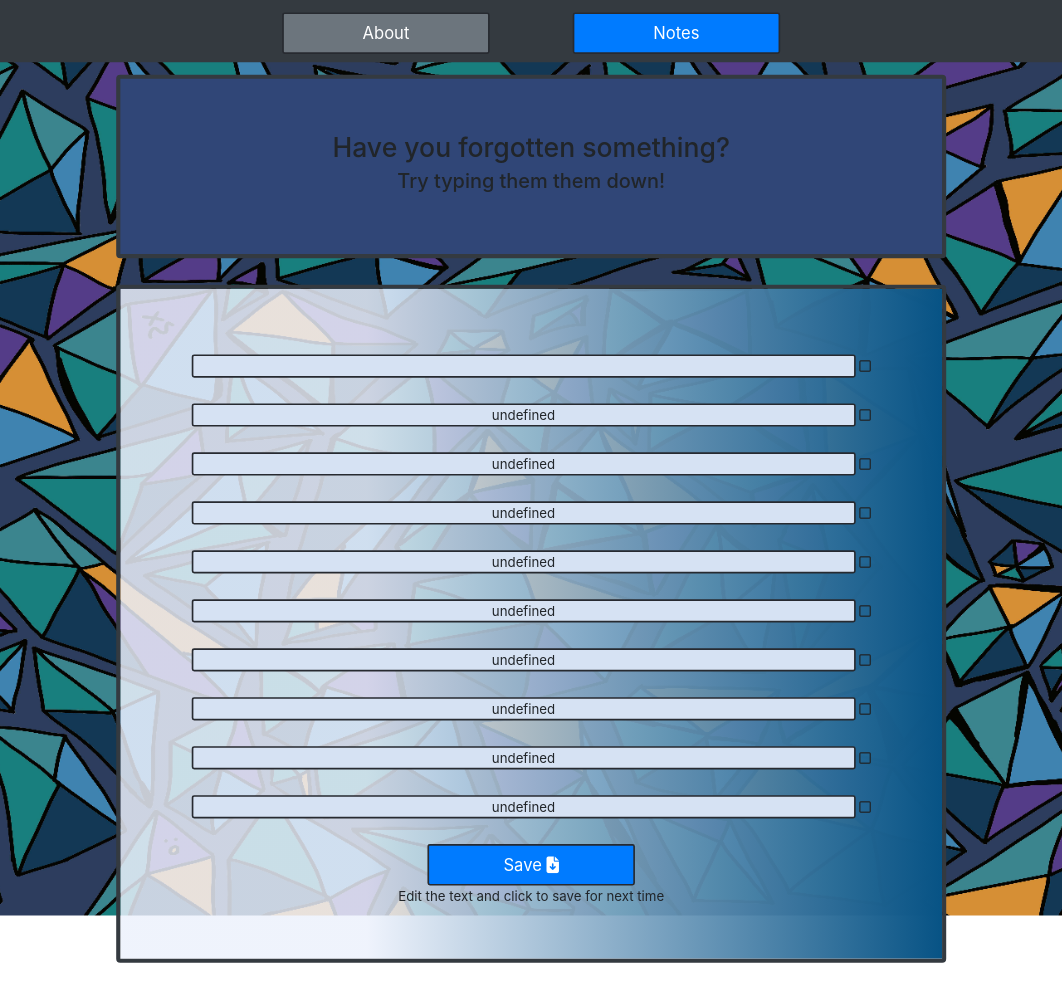
Repository: Kamicoda/Mynote
Page: index.html
The author's editor kept a record of every edit. The page is drawn from the files as they stood at one moment, then again after the next edit.
The browser window is 1280 px wide. The pictures show the whole page, at 83% of full size.
Backgrounds fixed to the window are drawn as part of the page. Some web fonts or font styles are not loaded; a fallback is used. Some web libraries are served in a nearby version.

Above is the page before.

### index.html
<!DOCTYPE html>
<html lang="en">

<head>
    <meta charset="UTF-8">
    <meta name="viewport" content="width=device-width, initial-scale=1.0">
    <meta http-equiv="X-UA-Compatible" content="ie=edge">
    <title>Document</title>


    <!--Bootstrap-->
    <link rel="stylesheet" href="https://maxcdn.bootstrapcdn.com/bootstrap/4.2.1/css/bootstrap.min.css" type="text/css" />
    <link rel="stylesheet" href="https://cdnjs.cloudflare.com/ajax/libs/hover.css/2.3.1/css/hover-min.css" type="text/css" />
    <!--Css-->
    <link rel="stylesheet" href="assets/style/style.css" type="text/css" />
    <!--Jquery-->
    <script src="https://code.jquery.com/jquery-3.4.1.min.js" integrity="sha256-CSXorXvZcTkaix6Yvo6HppcZGetbYMGWSFlBw8HfCJo=" crossorigin="anonymous"></script>

    <!--Scripts-->
    <script src="https://kit.fontawesome.com/06adabaaa3.js"></script>
    <script type="text/javascript" src="assets/js/script1.js"></script>
    <script type="text/javascript" src="assets/js/script2.js"></script>


</head>

<body class="bgbody" onload="checkEdits()">

    <!--navigation-->
    <div class="container-fluid bg-dark">
        <ul class="nav justify-content-center w-100">
            <li class="nav-item">
                <button id="aboutNav" type="button" class="btn btn-secondary btn-lg border border-light">About</button>
            </li>
            <li class="nav-item">
                <button id="notesNav" type="button" class="btn btn-primary btn-lg border border-light">Notes</button>
            </li>

        </ul>
    </div>

    <div class="jumbotron border border-dark header bg-grey mx-auto">
        <div class="row">
            <div id="headerwelcome" class="col-12">
                <h2> Have you forgotten something?</h2>
                <h4>Try typing them them down!</h4>
            </div>
        </div>
    </div>

    <div class="jumbotron border border-dark cont header mx-auto">
        <div class="container-flex">


            <section id="aboutSec">
                <div class="row">
                    <div class="col">
                        <h1>About</h1>
                        <p>here to help you remember!</p>
                        <div class="row">
                            <div class="col-6">
                                <p>this website should make writing things down a little easier there are a few geatures to be added at some point, these include a printable nates list, the ability to create and delete your notes, ability to add thumbnails
                                    with your links(WIP) and more!</p>
                            </div>
                            <div class="col-4">
                                <p>to use this site simply type in your thoughts and click save!</p>
                            </div>
                        </div>
                    </div>
                </div>
        </div>
        </section>

        <section id="notesSec">
            <div class="row">

                <div class="col-12">
                    <div id="editList" class="row">

                        <div class="col-12">
                            <p id="edit" contenteditable="true" class="editableP border border-light"></p>
                            <div id="checkBox" class="checkbox">
                                <i id="fasquare" class="far fa-square"></i>
                                <i id="fabox" class="far fa-check-square"></i>
                            </div>
                        </div>

                        <div class="col-12">
                            <p id="edit1" contenteditable="true" class="editableP border border-light"></p>
                            <div id="checkBox1" class="checkbox">
                                <i id="fasquare1" class="far fa-square"></i>
                                <i id="fabox1" class="far fa-check-square"></i>
                            </div>
                        </div>

                        <div class="col-12">
                            <p id="edit2" contenteditable="true" class="editableP border border-light"></p>
                            <div id="checkBox2" class="checkbox">
                                <i id="fasquare2" class="far fa-square"></i>
                                <i id="fabox2" class="far fa-check-square"></i>
                            </div>
                        </div>

                        <div class="col-12">
                            <p id="edit3" contenteditable="true" class="editableP border border-light"></p>
                            <div id="checkBox3" class="checkbox">
                                <i id="fasquare3" class="far fa-square"></i>
                                <i id="fabox3" class="far fa-check-square"></i>
                            </div>
                        </div>

                        <div class="col-12">
                            <p id="edit4" contenteditable="true" class="editableP border border-light"></p>
                            <div id="checkBox4" class="checkbox">
                                <i id="fasquare4" class="far fa-square"></i>
                                <i id="fabox4" class="far fa-check-square"></i>
                            </div>
                        </div>

                        <div class="col-12">
                            <p id="edit5" contenteditable="true" class="editableP border border-light"></p>
                            <div id="checkBox5" class="checkbox">
                                <i id="fasquare5" class="far fa-square"></i>
                                <i id="fabox5" class="far fa-check-square"></i>
                            </div>
                        </div>

                        <div class="col-12">
                            <p id="edit6" contenteditable="true" class="editableP border border-light"></p>
                            <div id="checkBox6" class="checkbox">
                                <i id="fasquare6" class="far fa-square"></i>
                                <i id="fabox6" class="far fa-check-square"></i>
                            </div>
                        </div>

                        <div class="col-12">
                            <p id="edit7" contenteditable="true" class="editableP border border-light"></p>
                            <div id="checkBox7" class="checkbox">
                                <i id="fasquare7" class="far fa-square"></i>
                                <i id="fabox7" class="far fa-check-square"></i>
                            </div>
                        </div>

                        <div class="col-12">
                            <p id="edit8" contenteditable="true" class="editableP border border-light"></p>
                            <div id="checkBox8" class="checkbox">
                                <i id="fasquare8" class="far fa-square"></i>
                                <i id="fabox8" class="far fa-check-square"></i>
                            </div>
                        </div>

                        <div class="col-12">
                            <p id="edit9" contenteditable="true" class="editableP border border-light"></p>
                            <div id="checkBox9" class="checkbox">
                                <i id="fasquare9" class="far fa-square"></i>
                                <i id="fabox9" class="far fa-check-square"></i>
                            </div>

                            <div>
                                <button type="button " onclick="save()" class="btn btn-primary btn-lg border border-light saveButton">Save
                        <i class="fas fa-file-download"></i></button>
                            </div>

                            <div id="update"> Edit the text and click to save for next time </div>
                        </div>
                    </div>
                </div>
            </div>
        </section>
    </div>

</body>
<footer>

</footer>

</html>

### assets/style/style.css
@import url('https://fonts.googleapis.com/css?family=Roboto:100,200,300,400,500,600,700|Exo:100,200,300,400,500,600,700|Six Caps:100,200,300,400,500,600,700');
/* Palette URL: http://paletton.com/#uid=a3K0o0k6J95irOtlmmkmW6wBrbb */

/* Feel free to copy&paste color codes to your application */

/* As RGBa codes */

/*
base-grey
RGB: 38–41–47

dark blu
RGB: 9–26–63

light grey
RGB: 126–135–155

blue
RGB: 48–70–118

light blue
RGB: 102–143–232

*/

/* Generated by Paletton.com © 2002-2014 */

/* http://paletton.com */

/*Colors*/

.bg-dark {
    background-color: rgba(39, 42, 48, 1);
}

.bg-grey {
    background-color: rgba(48, 70, 119, 1);
}

.bg-light {
    background-color: rgba(72, 63, 57, 0.5);

}

/*background*/
.border-dark {
    margin-top: 15px;
    border-width: 5px !important;

    border-bottom-style: solid;
    border-color: rgba(39, 42, 48, 1);
}

.border-light {
    margin-top: 15px;
    border-width: 2px !important;

    border-bottom-style: solid;
    border-color: rgba(39, 42, 48, 1) !important;
    border-radius: 3px;
}

.bgbody {
    background: url("notesBg.jpg");
    Margin: 0;
    background-position: top;
    background-repeat: no-repeat;
    background-attachment: fixed;
    min-width: 100%;
    z-index: -1;
}

.navigationbackground {
    position: fixed;
    height: 100%;
    width: 100%;
}

.nav-item {
    margin-left: 50px;
    margin-right: 50px;
    margin-bottom: 10px;
}

.btn {
    border-radius: 0;
    width: 250px;
    border-radius: 3px;
}

.header {
    text-align: center;
    width: 1000px;

    }

.editableP {
    padding: 5;
    background-color: rgba(214, 226, 243, 1);
    display: inline-block;
    width: 800px;
}

.cont {
  background: rgb(236,241,252);
background: linear-gradient(90deg, rgba(236,241,252,0.835171568627451) 30%, rgba(7,83,133,1) 100%);

}


.ul .li {
    list-style: none;
}

.checkbox {
    margin-bottom: 16px;
    text-align: left;
    display: inline-block;
}

### assets/js/script1.js
//Buttons
$(document).ready(function() {

    $('#aboutSec').toggle();
    $('#notesSec').show();
    $('#gamesSec').toggle();
    $('#linksSec').toggle();
    $('.fa-check-square').toggle();

    //$('#item').toggle();
    //$('#item1').toggle();
    //$('#item2').toggle();

    $('#aboutNav').on('click', function() {
        $('#aboutSec').toggle(1000);

    });

    $('#notesNav').on('click', function() {
        $('#notesSec').toggle(1000);

    });

    $('#gamesNav').on('click', function() {
        $('#gamesSec').toggle(1000);

    });

    $('#linksNav').on('click', function() {
        $('#menu3').toggle();
        $('#linksSec').toggle(1000);

    });

    $('#checkBox').on('click', function() {
        $('#fasquare').toggle();
        $('#fabox').toggle();
    });

    $('#checkBox1').on('click', function() {
       $('#fasquare').toggle();
        $('#fabox').toggle();
    });

    $('#checkBox2').on('click', function() {
       $('#fasquare').toggle();
        $('#fabox').toggle();
    });

    $('#checkBox3').on('click', function() {
       $('#fasquare').toggle();
        $('#fabox').toggle();
    });

    $('#checkBox4').on('click', function() {
        $('#fasquare').toggle();
        $('#fabox').toggle();
    });

    $('#checkBox5').on('click', function() {

    });

    $('#checkBox6').on('click', function() {

    });

    $('#checkBox7').on('click', function() {

    });

    $('#checkBox8').on('click', function() {

    });

    $('#checkBox9').on('click', function() {

    });


    // $('#new').on('click', function() {
    //  count += 1;
    //  $('#item' + count).show()
    //$('#editList').append(`<p id="edit` + count + `" contenteditable="true" class="editableP"></p><button type="button " onclick="save`+ count +`()" class="saveButton">Save
    // <i class="fas fa-file-download"></i></button>`);

    // });
});

// this is adding numbers to the ID "edit"
var count = 0;

### assets/js/script2.js

function save() {
localStorage.userEdits = document.getElementById("edit").innerText;
localStorage.userEdits1 = document.getElementById("edit1").innerText;
localStorage.userEdits2 = document.getElementById("edit2").innerText;
localStorage.userEdits3 = document.getElementById("edit3").innerText;
localStorage.userEdits4 = document.getElementById("edit4").innerText;
localStorage.userEdits5 = document.getElementById("edit5").innerText;
localStorage.userEdits6 = document.getElementById("edit6").innerText;
localStorage.userEdits7 = document.getElementById("edit7").innerText;
localStorage.userEdits8 = document.getElementById("edit8").innerText;
localStorage.userEdits9 = document.getElementById("edit9").innerText;

document.getElementById("update").innerHTML="Edits saved!";
}

function checkEdits() {

if(localStorage.userEdits!=null)
document.getElementById("edit").innerHTML = localStorage.userEdits;
document.getElementById("edit1").innerHTML = localStorage.userEdits1;
document.getElementById("edit2").innerHTML = localStorage.userEdits2;
document.getElementById("edit3").innerHTML = localStorage.userEdits3;
document.getElementById("edit4").innerHTML = localStorage.userEdits4;
document.getElementById("edit5").innerHTML = localStorage.userEdits5;
document.getElementById("edit6").innerHTML = localStorage.userEdits6;
document.getElementById("edit7").innerHTML = localStorage.userEdits7;
document.getElementById("edit8").innerHTML = localStorage.userEdits8;
document.getElementById("edit9").innerHTML = localStorage.userEdits9;
}

//original code idea from https://www.developerdrive.com/allowing-users-to-edit-text-content-with-html5/
//with some tweaking


//

After the next edit:
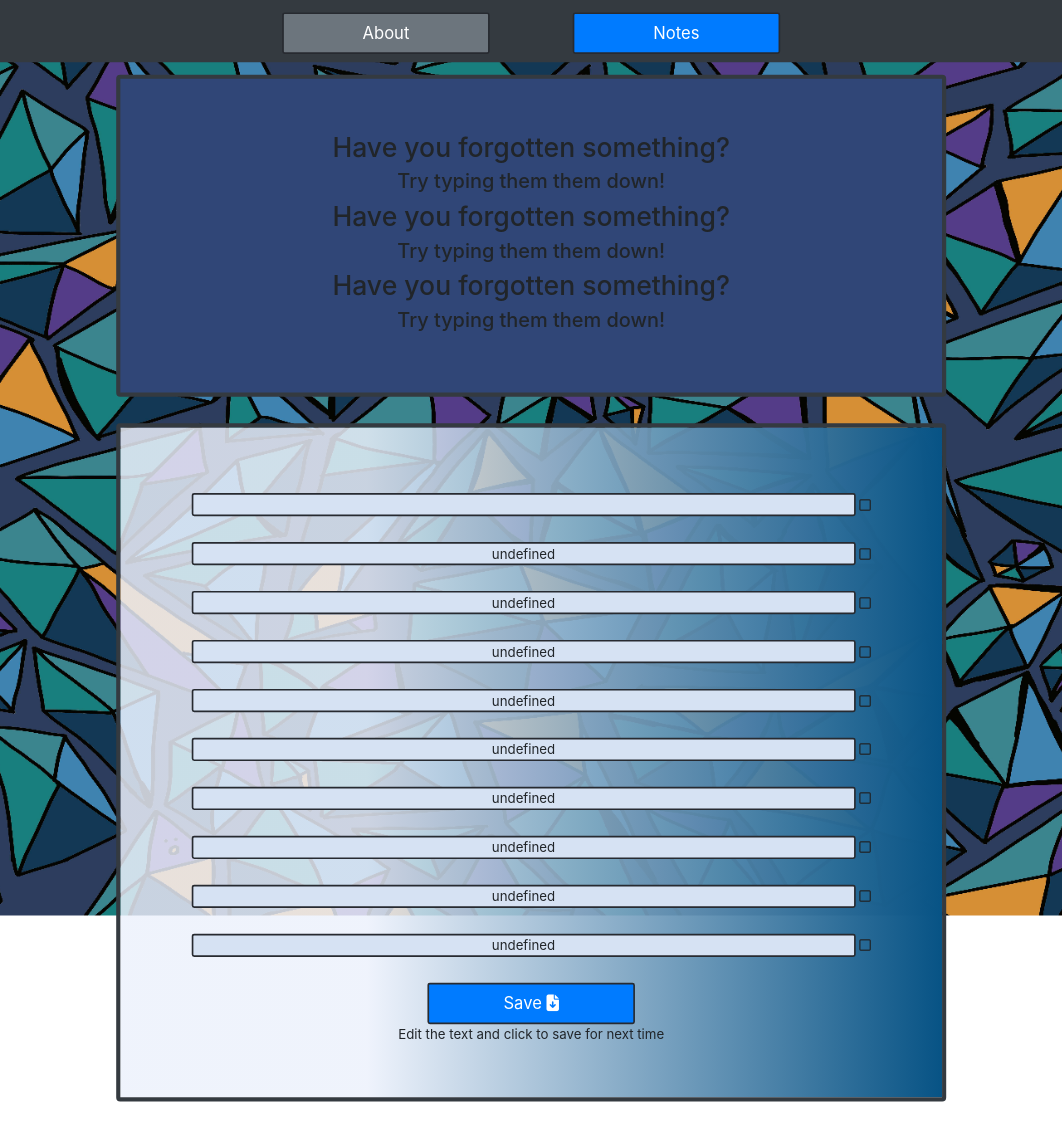
The edit:
--- a/index.html
+++ b/index.html
@@ -41,6 +41,16 @@
 
     <div class="jumbotron border border-dark header bg-grey mx-auto">
         <div class="row">
+            <div id="headerwelcome" class="col-12">
+                <h2> Have you forgotten something?</h2>
+                <h4>Try typing them them down!</h4>
+            </div>
+
+            <div id="headerwelcome" class="col-12">
+                <h2> Have you forgotten something?</h2>
+                <h4>Try typing them them down!</h4>
+            </div>
+
             <div id="headerwelcome" class="col-12">
                 <h2> Have you forgotten something?</h2>
                 <h4>Try typing them them down!</h4>
